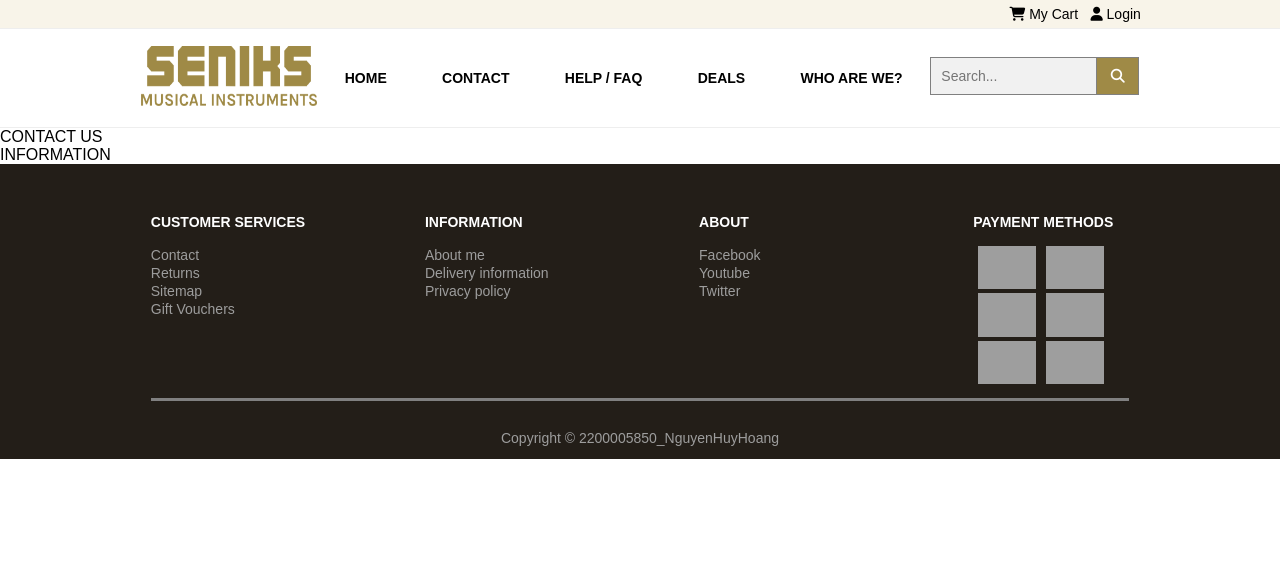
Repository: kuni-hoangnguyen/Do-an-tkweb-nam1
Page: contact.html
These files come from the project's save history. The page is drawn as it stood at one moment and after the next save; the edit follows.
The browser window is 1280 px wide. The pictures show the whole page.
Pictures or frames that could not be fetched are drawn as grey boxes.

Above is the page before, as saved 2023-09-20 16:10:06.

### contact.html
<!DOCTYPE html>
<html>
  <head>
    <title>SENIKS | CONTACT</title>
    <link rel="stylesheet" href="contact.css">
    <link rel="stylesheet" href="main.css">
    <link rel="stylesheet" href="https://cdnjs.cloudflare.com/ajax/libs/font-awesome/6.4.2/css/all.min.css">
    <meta charset="utf-8">
    <meta http-equiv="X-UA-Compatible" content="IE=edge,chrome=1">
    <meta name="viewport" content="width=device-width, initial-scale=1">
  </head>
  <body>
    <header>
      <div class="row-menu1">

        <ul class="menu">
          <li class="menu-item"><a class="menu-link" href="#"><i class="fa-solid fa-cart-shopping"></i> My Cart</a></li>
          <li class="menu-item"><a class="menu-link" href="#"><i class="fa-solid fa-user"></i> Login</a></li>
        </ul>

      </div>

      <div class="row-menu2">

        <a href="main.html"><img class="logo" src="media/LOGO.png" alt="logo" ></a>

        <ul class="menu">
          <li class="menu-item"><a class="menu-link" href="main.html">HOME</a></li>
          <li class="menu-item"><a class="menu-link" href="contact.html">CONTACT</a></li>
          <li class="menu-item"><a class="menu-link" href="#">HELP / FAQ</a></li>
          <li class="menu-item"><a class="menu-link" href="#">DEALS</a></li>
          <li class="menu-item"><a class="menu-link" href="#">WHO ARE WE?</a></li>
        </ul>

        <form class="search-button">

          <input type="text" placeholder="Search...">
          <button><i class="fa fa-search"></i></button>

        </form>

      </div>
    </header>


    <main>
      <p>CONTACT US</p>
      <p>INFORMATION</p>
    </main>



    <footer>

      <div id="end">
        <div class="card">
          <p class="title3">CUSTOMER SERVICES</p>
          <ul>
            <li><a href="contact.html">Contact</a></li>
            <li><a href="#">Returns</a></li>
            <li><a href="#">Sitemap</a></li>
            <li><a href="#">Gift Vouchers</a></li>
          </ul>
        </div>
        <div class="card">
          <p class="title3">INFORMATION</p>
          <ul>
            <li><a href="#">About me</a></li>
            <li><a href="#">Delivery information</a></li>
            <li><a href="#">Privacy policy</a></li>
          </ul>
        </div>
        <div class="card">
          <p class="title3">ABOUT</p>
          <ul>
            <li><a href="#">Facebook</a></li>
            <li><a href="#">Youtube</a></li>
            <li><a href="#">Twitter</a></li>
          </ul>
        </div>
        <div class="card">
          <p class="title3">PAYMENT METHODS</p>
          <ul>
            <li><img src="https://theme.hstatic.net/200000722513/1001090675/14/pay_2.png?v=1126" alt=""><img src="https://theme.hstatic.net/200000722513/1001090675/14/pay_3.png?v=1126" alt=""></li>
            <li><img src="https://theme.hstatic.net/200000722513/1001090675/14/pay_5.png?v=1126" alt=""><img src="https://theme.hstatic.net/200000722513/1001090675/14/pay_7.png?v=1126" alt=""></li>
            <li><img src="https://theme.hstatic.net/200000722513/1001090675/14/pay_8.png?v=1126" alt=""><img src="https://theme.hstatic.net/200000722513/1001090675/14/pay_4.png?v=1126" alt=""></li>
          </ul>
        </div>
      </div>
      <p id="cpr">Copyright © 2200005850_NguyenHuyHoang</p>
  </footer>
  </body>
</html>

### main.css
*{
  margin: 0;
  padding: 0;
  box-sizing: border-box;
  font-family: "Arial", Helvetica Neue, Helvetica, sans-serif;
}
header{
  width: 100%;
  background-color: #fff;
  border-style: none none inset  none;
  border-width: 1px;
  margin: auto;
}
.menu{
  list-style-type: none;
  display: flex;
  justify-content: space-around ;
  width: 100%;
}
.row-menu1{
  width: 100%;
  background-color: #f8f4e9;
  border-style: none none inset  none;
  border-width: 1px;
}
.row-menu1 .menu{
  flex-direction: row;
  width: 45%;
  margin-right: 0;
  margin-left: auto;
  padding: 14px 0;
}
.menu-link{
  color: black;
  text-decoration: none;
  font-size: 14px;
}
.row-menu2 .menu-link{
  font-weight: 600;
  font-size: 12px;
}
.menu-link:hover{
  color: #8c7422;
}
.logo{
  width: 35vw;
  padding: 1vw;
  position: absolute;
  top: 0;
}
.search-button input[type="text"]{
  padding: 10px;
  font-size: 14px;
  border: 1px solid grey;
  float: left;
  width: 80%;
  background: #f1f1f1;
}
.search-button button{
  float: left;
  width: 20%;
  padding: 10px;
  background: #9f8a46;
  color: white;
  font-size: 14px;
  border: 1px solid grey;
  border-left: none;
  cursor: pointer;
}
.search-button button:hover{
  background: #8c7422;
}
.search-button::after{
  content: "";
  clear: both;
  display: table;
}
.row-menu2 {
  display: flex;
  flex-direction: column;
  margin: auto;
  padding:10px 0;
}
.row-menu2 .menu{
  flex-direction: row;
  margin: auto;
  width: 100%;
  padding-bottom: 10px;
}


.mySlides {
  display: none;
}
.slideshow-container img {
  vertical-align: middle;
}

.slideshow-container {
  position: relative;
  margin: auto;
  padding:10px 0;
}

.prev, .next {
  cursor: pointer;
  position: absolute;
  top: 50%;
  width: auto;
  padding: 16px;
  margin-top: -30px;
  color: wheat;
  font-weight: bold;
  font-size: 20px;
  transition: 0.6s ease;
  border-radius: 0 3px 3px 0;
  user-select: none;
}

.next {
  right: 0;
  border-radius: 3px 0 0 3px;
}

.prev:hover, .next:hover {
  background-color: rgba(0,0,0,0.8);
}

.fade {
  animation-name: fade;
  animation-duration: 2s;
}

@keyframes fade {
  from {opacity: .4}
  to {opacity: 1}
}

.img-list-mobile{
  margin: auto;
  border-style: outset none inset  none;
  border-width: 1px;
  border-color: gray;
  text-align: center;

}
.img-list-mobile img{
  max-width: 40px;
  max-height: 40px;
  padding: 8% 0;
}
.img-list-mobile .menu{
  flex-direction: column;

}
.img-list-mobile .menu-link{
  font-size: 12px;
  font-weight: 500;
}
.list-item{
  width: 70px;
  height: 70px;
}
.img-row{
  display: flex;
  flex-direction: row;
  justify-content: space-around;
}
.img-list-desktop{
  display: none;
}
.title{
  font-size: 16px;
  font-weight: 700;
  text-transform: uppercase;
  color: #9f8a46;
  margin: auto;
  padding: 10px;
  padding-top: 5px;
  border-style: none none inset none;
}
#first{
  border-style: none;
}
.product{
  margin:auto;
}
.product ul{
  list-style: none;
  display: flex;
  flex-direction: row;
  justify-content: space-around;
}
.product-card{
  width: 188px;
  height: 394px;
  padding: 15px;
  margin-top: 1.2%;
}
.product-card:hover{
  box-shadow: rgba(0, 0, 0, 0.24) 0px 3px 8px;
  border-radius: 5px;
  transform: scale(1.01);
}
.product-card a img{
  width: 158px;
  height: 158px;
}
.product-card .menu-link{
  font-weight: 400;
  font-size: 14px;
  display: block;
  margin: 10px auto;
}
.star{
  margin-top: 25%;
}
.stock{
  font-size: 12px;
  font-weight: 400;
  color: #45cc8f;
  margin: 12px 0;
}
.price{
  font-weight: 600;
}
footer{
  background-color: #231E18;
  padding: 1%;
  margin: auto;
}
.title3{
  color: white;
  font-size: 14px;
  font-weight: bold;
  text-align: center;
  padding: 10% 0;
}
.card{
  width: 156px;
  height: 200px;

}

.b-end{
  background-color: #adc2c9;
  padding: 2.5% 7%;
  display: flex;
  flex-direction: row;
  justify-content: space-around;
}
.card2{
  width: 210px;
  text-align: left;
  border-radius: 5px;
  padding: 10px;
}
.icon{
  font-size: 30px;
  float: left;
  padding: 10px;
}
.title2{
  text-transform: uppercase;
  font-size: 14px;
  margin-top: 9px;
  font-weight: 600;
  width: 155px;
  height: 34px;
}
#fix{
  margin-top: 17px;
  height: 26px;
}
.cmt{

  font-size: 14px;
  font-weight: 300;
  display: inline-block;
  position: relative;
  left: 50%;
  transform: translateX(-50%);
}
#end{
  display: flex;
  flex-direction: column;
  justify-content: space-between;
  margin: 0 11%;
  margin-top: 3vh;
  margin-bottom: 4vh;
  border-style: none none solid none;
  border-color: gray;
}
footer div div li{
  list-style-type: none;
  text-align: center;
}
footer div div li a{
  text-decoration: none;
  color:rgb(157, 157, 157);
  font-weight: 400;
  font-size: 14px;
}
footer div div li img{
  width: 58px;
  margin: 0 5px;
}
#cpr{
  text-align: center;
  color:rgb(157, 157, 157);
  font-size: 14px;
}
#f-ar{
  margin: auto;
  padding: 1% 12%;
  padding-top: 2%;
  background-color: #F4F4F2;
  text-align: center;
  border: none;
}
.f-ar2{
  padding: 1% 11%;
  display: flex;
  flex-direction: row;
  justify-content: space-around;
  background-color: #F4F4F2;
}
.f-ar2 .menu-link{
  font-size: 20px;
  font-weight: 600;
  display: inline-block;
  margin: 5%;
}
.f-ar2 .fix2{
  font-size: 14px;
  display: inline;
  margin: 0;
  font-weight: 500;
  color: #8c7422;
  padding-left: 1%;
}
.card3{
  width: 340px;
  height: 330px;
  background-color: white;
  margin-bottom: 3%;
  border-radius: 5px;
}
.card3:hover{
  box-shadow: rgba(0, 0, 0, 0.24) 0px 3px 8px;
  border-radius: 5px;
  transform: scale(1.01);
}
.pod{
  width: 340px;
  height: 177px;
  border-radius: 5px 5px 0  0;
}


@media(min-width:576px) {
  .row-menu1 .menu{
    width: 12%;
    margin-right: 10%;
    padding: 5px;
  }
  .row-menu2{
    flex-direction: row;
    margin: 0 11%;
    padding:5px 0;
  }
  .row-menu2 .menu{
    width: 70%;
    padding: 0;
  }
  .logo{
    width: 100%;
    height: 60px;
    position: static;
    top:initial;
    margin: 12px 0;
    padding: 0;
  }
  .search-button{
    padding: 23px 0;
  }
  .row-menu2 .menu-link{
    font-size: 14px;
  }
  .slideshow-container{
    margin: 0 11%;
    margin-top: 2%;
  }
  .prev, .next{
    font-size: 28px;
    margin-top: -35px;
  }
  .img-list-mobile {
    display: none;
  }

  .list-item{
    width: 112px;
    height: 104px;
  }
  #first{
    margin: 0 11%;
    margin-top: 2%;
  }
  .img-list-desktop{
    display: block;
    border-style: outset none inset  none;
    border-width: 1px;
    border-color: gray;
    text-align: center;
    margin: 0 11%;
    margin-bottom: 1%;
  }
  .img-list-desktop img{
    max-width: 70px;
    max-height: 70px;
    padding: 15px 0;
  }
  .img-list-desktop .menu{
    flex-direction: row;

  }
  .img-list-desktop .menu-link{
    font-size: 16px;
    font-weight: 500;
  }
  .title{
    text-align: left;
    font-size: 22px;
    margin: 0 11%;
    margin-top: 3%;
    padding: 1%;
  }
  .product{
    margin: 0 11%;
  }
  #end{
    flex-direction: row;
  }
  .title3{
    text-align: left;
  }
  footer div div li{
    text-align: left;
  }
}

Loaded but not shown: contact.css (no stored copy; drawn as an empty file)

After the next save:
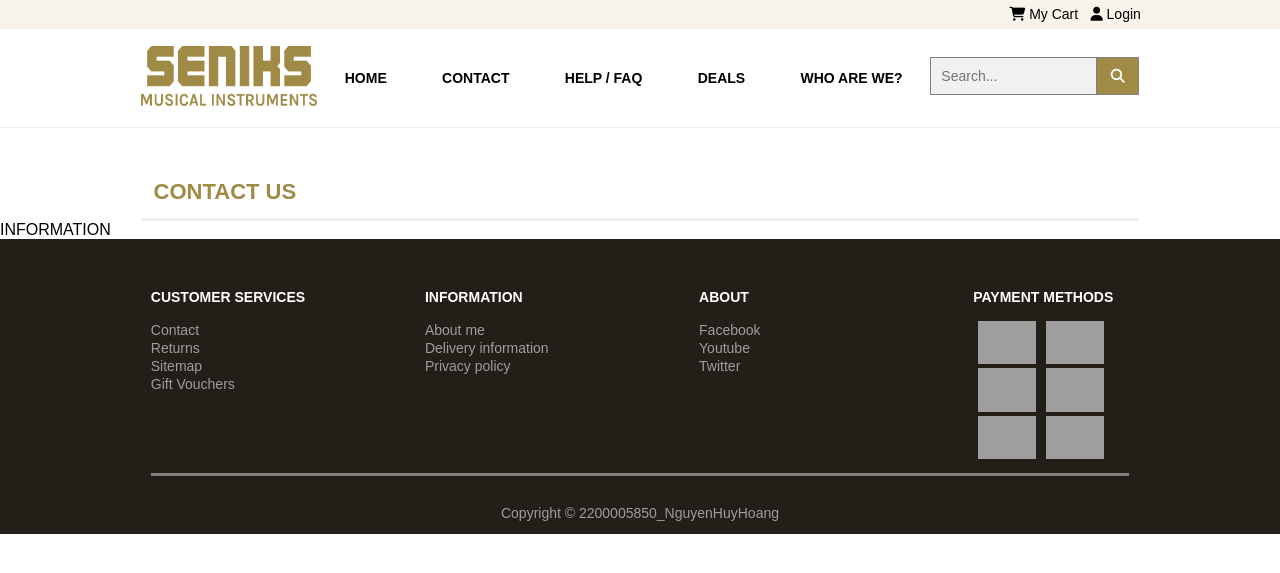
Saved 44 s later.
--- a/contact.html
+++ b/contact.html
@@ -44,8 +44,11 @@
 
 
     <main>
-      <p>CONTACT US</p>
-      <p>INFORMATION</p>
+      <p class="title">CONTACT US</p>
+      <div>
+        <p>INFORMATION</p>
+      </div>
+
     </main>
 
 
